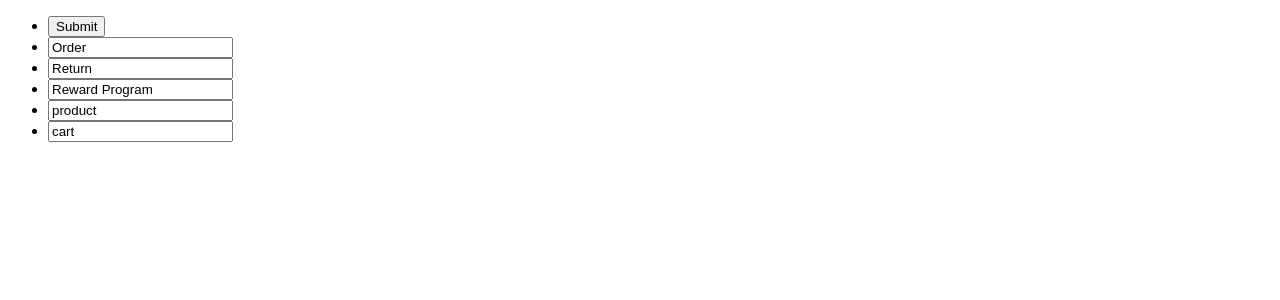
Repository: rahmankashfia/java-practise-eclipes
Page: TestProject/WebContent/WEB-INF/html/index.html
These files come from the project's save history. The page is drawn as it stood at one moment and after the next save; the edit follows.
The browser window is 1280 px wide. The pictures show the whole page.

Above is the page before, as saved 2020-02-05 04:06:12.

### TestProject/WebContent/WEB-INF/html/index.html
<!DOCTYPE html PUBLIC "-//W3C//DTD HTML 4.01 Transitional//EN" "http://www.w3.org/TR/html4/loose.dtd">
<html>
<head>
<meta http-equiv="Content-Type" content="text/html; charset=UTF-8">
<title>Welcome</title>
</head>
<body>

	<form>
		<ul>
			<li><input type="submit" Register / Sign in / new user"/></li>
			<li><input value="Order"/></li>
			<li><input value="Return"/></li>
			<li><input value="Reward Program"/></li>
			<li><input value="product"/></li>
			<li><input value="cart"/></li>
		</ul>
	</form>




</body>
</html>

After the next save:
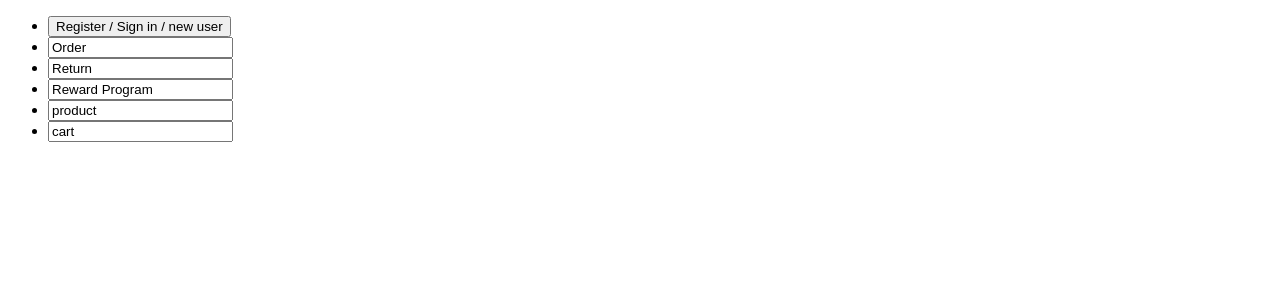
Saved 13 s later.
--- a/TestProject/WebContent/WEB-INF/html/index.html
+++ b/TestProject/WebContent/WEB-INF/html/index.html
@@ -8,7 +8,7 @@
 
 	<form>
 		<ul>
-			<li><input type="submit" Register / Sign in / new user"/></li>
+			<li><input type="submit" value="Register / Sign in / new user"/></li>
 			<li><input value="Order"/></li>
 			<li><input value="Return"/></li>
 			<li><input value="Reward Program"/></li>
